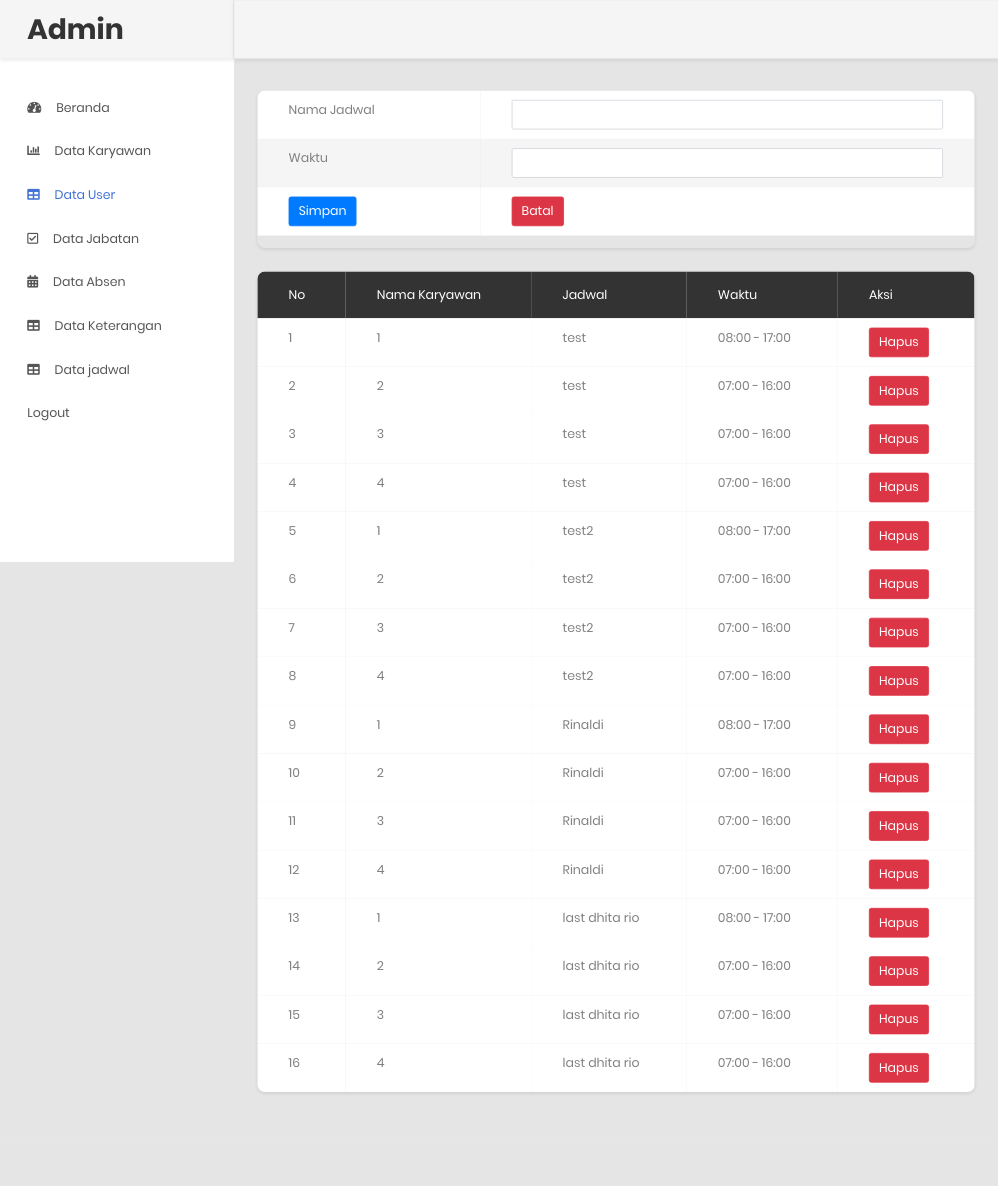
Repository: naldi23bob/Absen2
Page: http://localhost/datajadwal.php
An editor plug-in stored every save of this project. The page is shown before and after the next save, followed by the edit.
The browser window is 1280 px wide. The pictures show the whole page, at 78% of full size.
The page is run by PHP 8.4 with error messages shown; the project is at /var/www/html/. The session is filled in as if someone had signed in: {"idsi": 2, "namasi": "admin", "ttlsi": 1, "jenkelsi": 1, "agamasi": 1, "alamatsi": 1, "teleponsi": 1, "jabatansi": 1, "schedulesi": 1, "fotosi": 1, "username": "admin"}. Other server files are loaded and not shown. The database holds what the project's SQL file puts in it.

Above is the page before, as saved 2023-07-23 15:17:22.

### datajadwal.php
<?php
require_once("koneksi.php");
error_reporting(0);
 ?>
<!DOCTYPE html>
<html lang="en">

<head>
    <link rel="stylesheet" href="https://maxcdn.bootstrapcdn.com/bootstrap/4.5.2/css/bootstrap.min.css">
    <script src="https://ajax.googleapis.com/ajax/libs/jquery/3.5.1/jquery.min.js"></script>
    <script src="https://cdnjs.cloudflare.com/ajax/libs/popper.js/1.16.0/umd/popper.min.js"></script>
    <script src="https://maxcdn.bootstrapcdn.com/bootstrap/4.5.2/js/bootstrap.min.js"></script>
    <!-- Required meta tags-->
    <meta charset="UTF-8">
    <meta name="viewport" content="width=device-width, initial-scale=1, shrink-to-fit=no">
    <link rel="icon" href="assets/employee.png" type="image/png">

    <!-- Title Page-->
    <title>Data Admin</title>

    <!-- Fontfaces CSS-->
    <link rel="stylesheet" type="text/css" href="css/bootstrap.css" media="all">
    <link href="css/font-face.css" rel="stylesheet" media="all">
    <link href="vendor/font-awesome-4.7/css/font-awesome.min.css" rel="stylesheet" media="all">
    <link href="vendor/font-awesome-5/css/fontawesome-all.min.css" rel="stylesheet" media="all">
    <link href="vendor/mdi-font/css/material-design-iconic-font.min.css" rel="stylesheet" media="all">

    <!-- Bootstrap CSS-->
    <link href="vendor/bootstrap-4.1/bootstrap.min.css" rel="stylesheet" media="all">

    <!-- Vendor CSS-->
    <link href="vendor/animsition/animsition.min.css" rel="stylesheet" media="all">
    <link href="vendor/bootstrap-progressbar/bootstrap-progressbar-3.3.4.min.css" rel="stylesheet" media="all">
    <link href="vendor/wow/animate.css" rel="stylesheet" media="all">
    <link href="vendor/css-hamburgers/hamburgers.min.css" rel="stylesheet" media="all">
    <link href="vendor/slick/slick.css" rel="stylesheet" media="all">
    <link href="vendor/select2/select2.min.css" rel="stylesheet" media="all">
    <link href="vendor/perfect-scrollbar/perfect-scrollbar.css" rel="stylesheet" media="all">

    <!-- Main CSS-->
    <link href="css/theme.css" rel="stylesheet" media="all">
    <!-- Script -->
    <script src="https://ajax.googleapis.com/ajax/libs/jquery/3.5.1/jquery.min.js"></script>
  <script src="https://cdnjs.cloudflare.com/ajax/libs/popper.js/1.16.0/umd/popper.min.js"></script>
  <script src="https://maxcdn.bootstrapcdn.com/bootstrap/4.5.2/js/bootstrap.min.js"></script>
    <!-- end script-->
</head>

<body class="animsition">
      <?php
    session_start();
    if (!isset($_SESSION['username'])) {
        header("location: index.php");
    }else {
        $username = $_SESSION['schedule'];
    }

 ?>
    <div class="page-wrapper">
        <!-- HEADER MOBILE-->
        <header class="header-mobile d-block d-lg-none">
            <div class="header-mobile__bar">
                <div class="container-fluid">
                    <div class="header-mobile-inner">
                        <a class="logo" href="index.html">

                        </a>
                        <button class="hamburger hamburger--slider" type="button">
                            <span class="hamburger-box">
                                <span class="hamburger-inner"></span>
                            </span>
                        </button>
                    </div>
                </div>
            </div>
            <nav class="navbar-mobile">
                <div class="container-fluid">
                   <ul class="navbar-mobile__list list-unstyled">
                        <li class="has-sub">
                            <a class="js-arrow" href="admin.php">
                                <i class="fas fa-tachometer-alt"></i>Beranda</a>
                            <ul class="navbar-mobile-sub__list list-unstyled js-sub-list">

                            </ul>
                        </li>
                        <li>
                            <a href="datakaryawan.php">
                                <i class="fas fa-chart-bar"></i>Data Karyawan</a>
                        </li>
                        <li>
                            <a href="datauser.php">
                                <i class="fas fa-table"></i>Data User</a>
                        </li>
                        <li>
                            <a href="datajabatan.php">
                                <i class="far fa-check-square"></i>Data Jabatan</a>
                        </li>
                        <li>
                            <a href="data_absen.php">
                                <i class="fas fa-calendar-alt"></i>Data Absen</a>
                        </li>
                       <li>
                            <a href="data_keterangan.php">
                                <i class="fas fa-table"></i>Data Keterangan
                            </a>
                        </li>
                        <li>
                        <a href="datajadwal.php">
                                <i class="fas fa-table"></i>Data jadwal
                            </a>
                        </li>


                    </ul>
                </div>
            </nav>
        </header>
        <!-- END HEADER MOBILE-->

        <!-- MENU SIDEBAR-->
        <aside class="menu-sidebar d-none d-lg-block">
            <div class="logo">
                <a href="#">
                    <h1>Admin</h1>
                </a>
            </div>
            <div class="menu-sidebar__content js-scrollbar1">
                <nav class="navbar-sidebar">
                    <ul class="list-unstyled navbar__list">
                        <li>
                            <a class="js-arrow" href="admin.php">
                                <i class="fas fa-tachometer-alt"></i>Beranda</a>

                        </li>
                        <li>
                            <a href="datakaryawan.php">
                                <i class="fas fa-chart-bar"></i>Data Karyawan</a>
                        </li>
                        <li  class="active has-sub">
                            <a href="datause.php">
                                <i class="fas fa-table"></i>Data User</a>
                        </li>
                        <li>
                            <a href="datajabatan.php">
                                <i class="far fa-check-square"></i>Data Jabatan</a>
                        </li>
                        <li>
                            <a href="data_absen.php">
                                <i class="fas fa-calendar-alt"></i>Data Absen</a>
                        </li>
                        <li>
                            <a href="data_keterangan.php">
                                <i class="fas fa-table"></i>Data Keterangan
                            </a>
                        </li>
                        <li>
                        <a href="datajadwal.php">
                                <i class="fas fa-table"></i>Data jadwal
                            </a>
                        </li>

                        <li>
                            <a href="logout.php">Logout</a>
                        </li>
                    </ul>
                </nav>
            </div>
        </aside>
        <!-- END MENU SIDEBAR-->

        <!-- PAGE CONTAINER-->
        <div class="page-container">
            <!-- HEADER DESKTOP-->
            <header class="header-desktop">
                <div class="section__content section__content--p30">
                    <div class="container-fluid">
                        <div class="header-wrap">


                        </div>
                    </div>
                </div>
            </header>
            <!-- END HEADER DESKTOP-->

            <!-- MAIN CONTENT-->

            <div class="main-content">
                <div class="section__content section__content--p30">
                    <div class="container-fluid">
                        <div class="row">
                           <div class="table-responsive table--no-card m-b-30">
                            <form action="admin/admin_save.php" method="post">
                                <div class="form-group">
                                <table class="table table-borderless table-striped table-earning" >

                                        <tbody>


                                            <tr>
                                                <td>Nama Jadwal</td>
                                                <td>

                                                <input type="text" class="form-control" name="code" required>

                                            </td>
                                            </tr>

                                            <tr>
                                                <td>Waktu</td>
                                                <td>

                                                <input type="text" class="form-control" name="in_out" required>

                                            </td>
                                            </tr>



                                            <tr>
                                                <td><button type="submit" name="simpan" class="btn btn-primary">Simpan</button></td>
                                                <td><input type="reset" name="" value="Batal" class="btn btn-danger"></td>
                                            </tr>

                                      </tbody>
                                    </table>
                                        </div>
                            </form>

                                </div>
                        </div>

                        <div class="row">

                                <div class="table-responsive table--no-card m-b-30">
                                    <table class="table table-borderless table-striped table-earning">
                                        <thead>
                                            <tr>
                                                <th>No</th>
                                                <th>Nama Karyawan</th>
                                                <th>Jadwal</th>
                                                <th>Waktu</th>
                                                <th>Aksi</th>

                                            </tr>
                                        </thead>
                                        <?php
                                            include 'koneksi.php';
                                            $sql = "SELECT * FROM tb_schedule JOIN tb_karyawan";
                                            $query = mysqli_query($koneksi, $sql);

                                            $no = 1;
                                            while ($row = mysqli_fetch_array($query)) {


                                         ?>
                                        <tbody>
                                            <tr>
                                                <td><?php echo $no ?></td>
                                                <td><?php echo $row['id']; ?></td>
                                                <td><?php echo $row['nama']; ?></td>
                                                <td><?php echo $row['in_out']; ?></td>



                                                </td>
                                                <td> <a href="admin/jadwal_hapus.php?id=<?php echo $row['id']; ?>"><button class="btn btn-danger" onclick="return confirm('yakin ingin dihapus?');">Hapus</button></a></td>



                                            </tr>
                                           <?php
                                           $no++;
                                       }

                                            ?>
                                        </tbody>
                                    </table>
                                </div>
                            </div>

            <!-- Modal -->

            <!-- End Modal -->
                        <div class="row">
                            <div class="col-lg-6">
                            </div>
                            <div class="col-lg-6">
                            </div>
                        </div>
                        <div class="row">
                            <div class="col-md-12">
                            </div>
                        </div>
                        <div class="row m-t-30">
                            <div class="col-md-12">
                            </div>
                        </div>


                </div>
            </div>
        </div>

    </div>

    <!-- Jquery JS-->
    <script src="vendor/jquery-3.2.1.min.js"></script>
    <!-- Bootstrap JS-->
    <script src="vendor/bootstrap-4.1/popper.min.js"></script>
    <script src="vendor/bootstrap-4.1/bootstrap.min.js"></script>
    <!-- Vendor JS       -->
    <script src="vendor/slick/slick.min.js">
    </script>
    <script src="vendor/wow/wow.min.js"></script>
    <script src="vendor/animsition/animsition.min.js"></script>
    <script src="vendor/bootstrap-progressbar/bootstrap-progressbar.min.js">
    </script>
    <script src="vendor/counter-up/jquery.waypoints.min.js"></script>
    <script src="vendor/counter-up/jquery.counterup.min.js">
    </script>
    <script src="vendor/circle-progress/circle-progress.min.js"></script>
    <script src="vendor/perfect-scrollbar/perfect-scrollbar.js"></script>
    <script src="vendor/chartjs/Chart.bundle.min.js"></script>
    <script src="vendor/select2/select2.min.js">
    </script>

    <!-- Main JS-->
    <script src="js/main.js"></script>

</body>

</html>
<!-- end document-->

### koneksi.php
<?php
// Inisiasi Database
// Silakan sesuaikan dengan detail database Anda
$server = "localhost";
$username = "root";
$password = "";
$database = "absen";

// Membuat koneksi
$koneksi = mysqli_connect($server, $username, $password, $database);

// Mengecek koneksi
if (mysqli_connect_errno()) {
	echo "Koneksi Ke Database Gagal!" . mysql_connect_error();
}
?>

### db/absen.sql (the tables this page reads)
CREATE TABLE `tb_karyawan` (
  `id_karyawan` int(11) NOT NULL,
  `password` varchar(50) NOT NULL,
  `nama` varchar(255) NOT NULL,
  `tmp_tgl_lahir` varchar(255) NOT NULL,
  `jenkel` varchar(255) NOT NULL,
  `agama` varchar(255) NOT NULL,
  `alamat` text NOT NULL,
  `no_tel` varchar(18) NOT NULL,
  `jabatan` varchar(255) NOT NULL,
  `foto` varchar(50) NOT NULL,
  `schedule` int(11) DEFAULT NULL,
  `jadwal` varchar(50) DEFAULT NULL
) ENGINE=InnoDB DEFAULT CHARSET=utf8mb4;

INSERT INTO `tb_karyawan` (`id_karyawan`, `password`, `nama`, `tmp_tgl_lahir`, `jenkel`, `agama`, `alamat`, `no_tel`, `jabatan`, `foto`, `schedule`, `jadwal`) VALUES
(1234, '81dc9bdb52d04dc20036dbd8313ed055', 'test', 'test', 'Laki-laki', 'Islam', 'teset', '000003030', 'CEO', '10072023103648tempsnip.png', 1, 'SHIFT NORMAL  ( 08:00 - 17:00 )'),
(12345678, '81dc9bdb52d04dc20036dbd8313ed055', 'test2', 'gfgdfgfd', 'Laki-laki', 'Islam', 'gfgdgdfgd', '143423424', 'Admin Lokasi', '23072023105730InkedWhatsApp Image 2022-06-16 at 10', 4, 'SHIFT NORMAL  ( 08:00 - 17:00 )'),
(17190780, '25d55ad283aa400af464c76d713c07ad', 'Rinaldi', 'jakarta', 'Laki-laki', 'Islam', 'jl. Kramat pulo ', '081316577895', 'CEO', '180620231420141627886129274.jpg', 2, 'SHIFT NORMAL  ( 08:00 - 17:00 )'),
(17190781, '25d55ad283aa400af464c76d713c07ad', 'last dhita rio', 'jakarta, 1-01-2001', 'Laki-laki', 'Islam', 'kemayoran lama', '123321123', 'Operator', '22062023103814601d4b4f871700de446276a2ea5901ea.jpg', 1, 'SHIFT NORMAL  ( 08:00 - 17:00 )');

ALTER TABLE `tb_karyawan`
  ADD PRIMARY KEY (`id_karyawan`),
  ADD KEY `jabatan` (`jabatan`(191));

CREATE TABLE `tb_schedule` (
  `id` int(10) UNSIGNED NOT NULL,
  `code` varchar(100) NOT NULL,
  `in_out` varchar(50) NOT NULL DEFAULT ''
) ENGINE=InnoDB DEFAULT CHARSET=utf8mb4;

INSERT INTO `tb_schedule` (`id`, `code`, `in_out`) VALUES
(1, 'SHIFT NORMAL', '08:00 - 17:00'),
(2, 'SHIFT PAGI', '07:00 - 16:00'),
(3, 'SHIFT SIANG', '07:00 - 16:00'),
(4, 'SHIFT MALAM', '07:00 - 16:00');

ALTER TABLE `tb_schedule`
  ADD PRIMARY KEY (`id`);

ALTER TABLE `tb_schedule`
  MODIFY `id` int(10) UNSIGNED NOT NULL AUTO_INCREMENT, AUTO_INCREMENT=5;

Loaded but not shown: css/bootstrap.css (library); css/theme.css (library); js/main.js (1673 lines, source omitted); css/font-face.css (234 lines, source omitted)

After the next save:
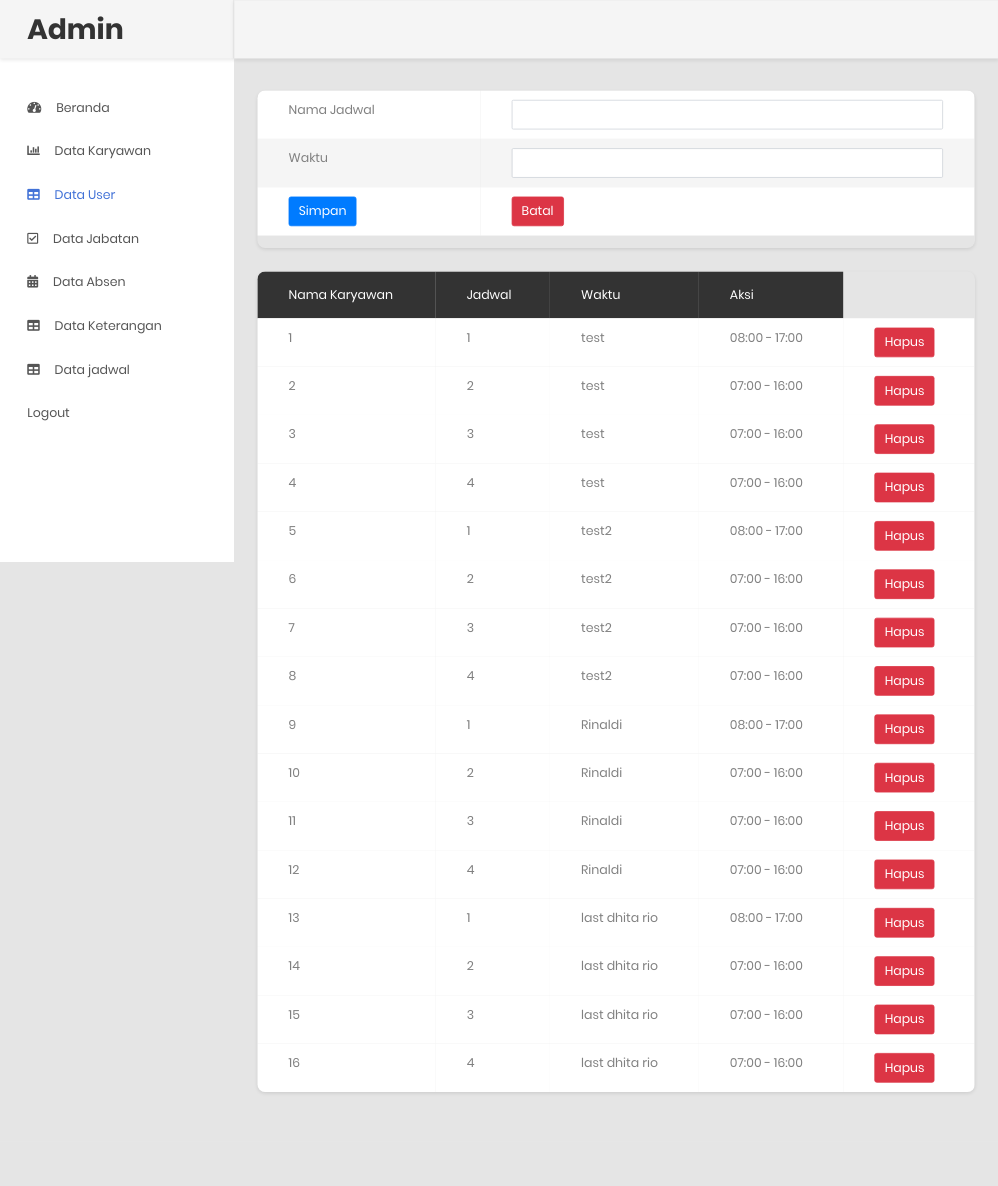
Saved 47 s later.
--- a/datajadwal.php
+++ b/datajadwal.php
@@ -236,7 +236,7 @@ error_reporting(0);
                                     <table class="table table-borderless table-striped table-earning">
                                         <thead>
                                             <tr>
-                                                <th>No</th>
+                                                <!-- <th>No</th> -->
                                                 <th>Nama Karyawan</th>
                                                 <th>Jadwal</th>
                                                 <th>Waktu</th>
@@ -246,7 +246,7 @@ error_reporting(0);
                                         </thead>
                                         <?php
                                             include 'koneksi.php';
-                                            $sql = "SELECT * FROM tb_schedule JOIN tb_karyawan";
+                                            $sql = "SELECT * FROM tb_schedule JOIN tb_karyawan ";
                                             $query = mysqli_query($koneksi, $sql);
 
                                             $no = 1;
